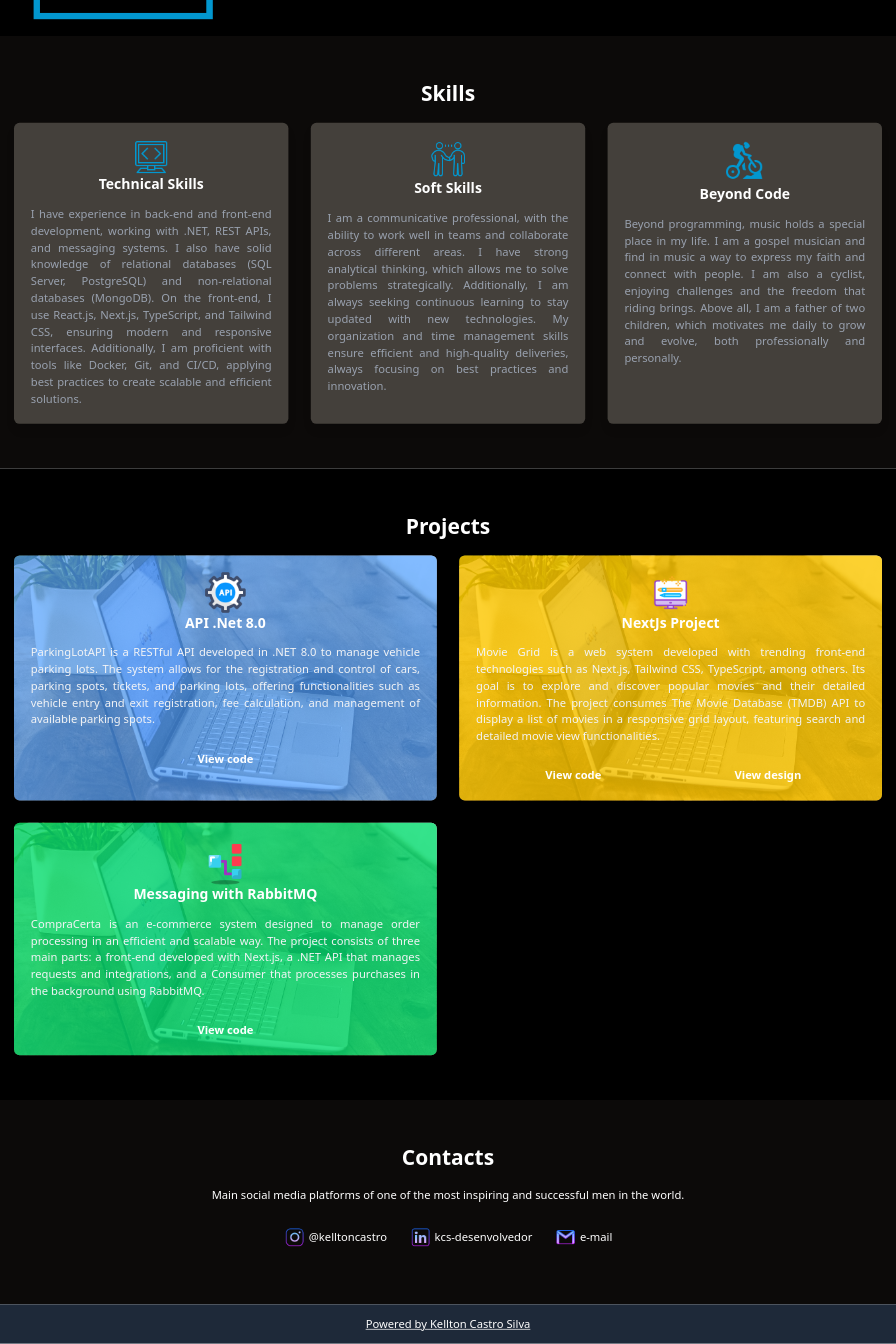
Repository: kcsdesenvolvedor/portfolio
Page: index.html
An editor plug-in stored every save of this project. The page is shown before and after the next save, followed by the edit.
The browser window is 1280 px wide. The pictures show the part of the page from y = 918 to 2838 px (the page is 2838 px tall before and 2820 px after), at 70% of full size.

Above is the page before, as saved 2025-03-26 20:12:48.
Console error: TypeError: Cannot read properties of null (reading 'textContent')

After the next save:
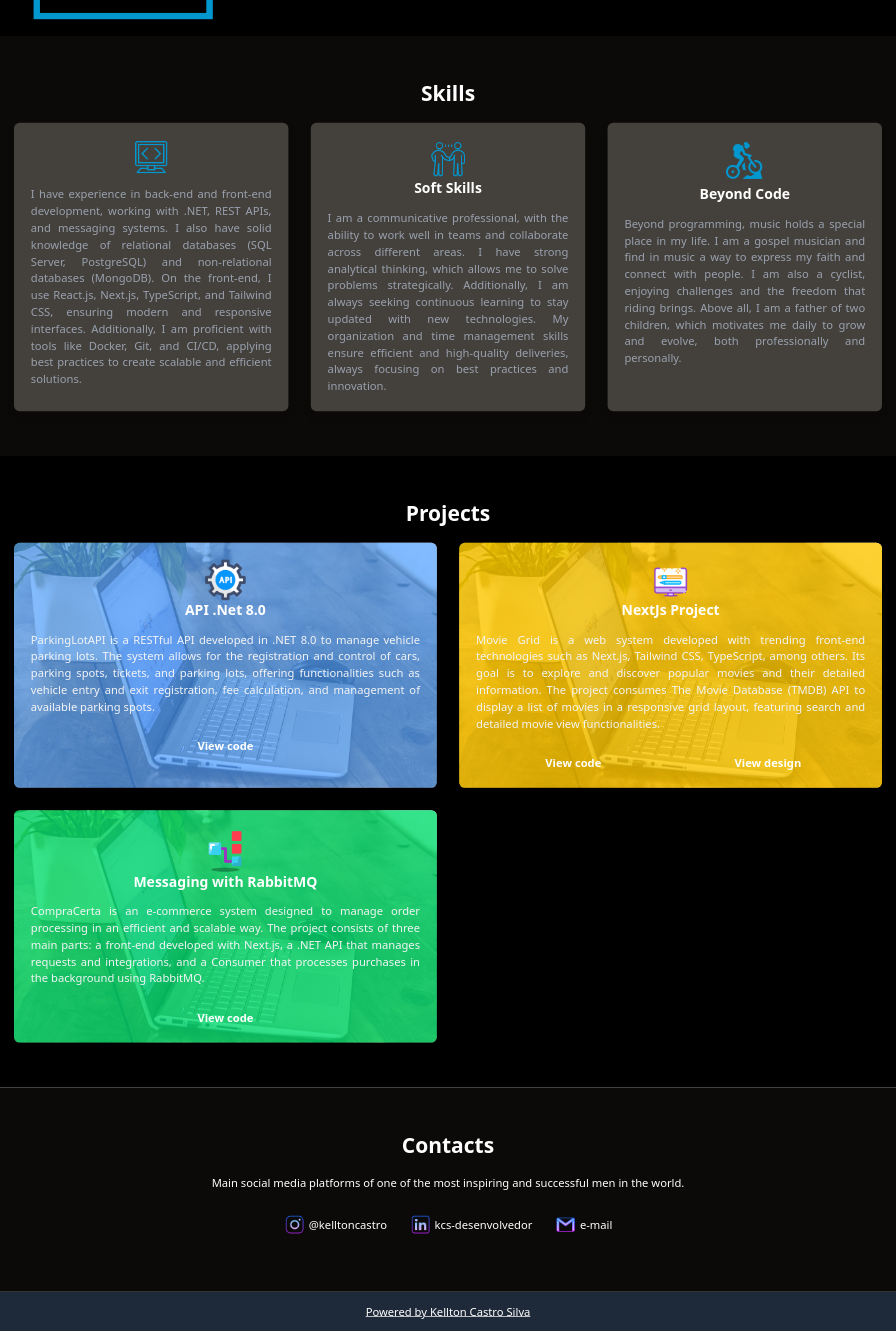
Saved 34 s later.
--- a/index.html
+++ b/index.html
@@ -170,7 +170,7 @@
             <div class="px-5 grid grid-cols-1 md:grid-cols-3 gap-8">
                 <div class="flex flex-col items-center bg-stone-700 p-6 rounded-lg shadow-lg transition delay-150 duration-300 transform hover:scale-105 hover:shadow-xl">
                     <img src="./img/hard-skills.png" alt="image hard skills">
-                    <h4 class="text-xl text-white font-bold mb-4">Technical Skills</h4>
+                    <h4 class="text-xl text-white font-bold mb-4" data-i18n="technicalSkill"></h4>
                     <p class="text-gray-400 text-justify">I have experience in back-end and front-end development, working with .NET, REST APIs, and messaging systems. I also have solid knowledge of relational databases (SQL Server, PostgreSQL) and non-relational databases (MongoDB). On the front-end, I use React.js, Next.js, TypeScript, and Tailwind CSS, ensuring modern and responsive interfaces. Additionally, I am proficient with tools like Docker, Git, and CI/CD, applying best practices to create scalable and efficient solutions.</p>
                 </div>
                 <div class="flex flex-col items-center bg-stone-700 p-6 rounded-lg shadow-lg transition delay-150 duration-300 transform hover:scale-105 hover:shadow-xl">
